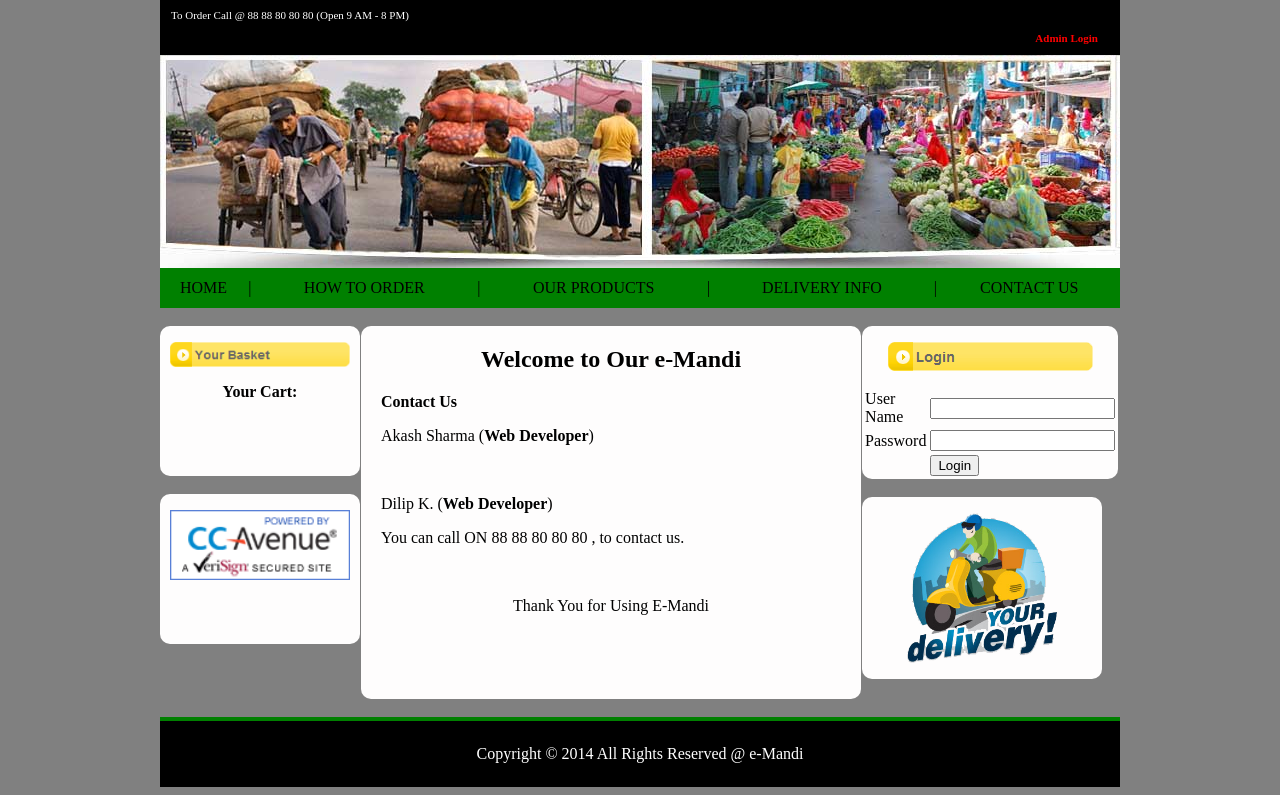
Repository: aashi12/e_mandi
Page: http://localhost/e_mandi/contactUs.jsp
An editor plug-in stored every save of this project. The page is shown before and after the next save, followed by the edit.
The browser window is 1280 px wide. The pictures show the whole page.
The page is served by Tomcat 9. Other server files are loaded and not shown.

Above is the page before, as saved 2014-04-18 12:31:51.

### e_mandi/WebContent/contactUs.jsp
<%@ page language="java" contentType="text/html; charset=ISO-8859-1"
    pageEncoding="ISO-8859-1"%>
<!DOCTYPE html PUBLIC "-//W3C//DTD HTML 4.01 Transitional//EN" "http://www.w3.org/TR/html4/loose.dtd">
<html>
<head>
<meta http-equiv="Content-Type" content="text/html; charset=ISO-8859-1">
<title>Online e-Mandi</title>
<link rel="stylesheet" href="style.css" />
</head>
<body bgcolor="gray">
<div id="container">
<div id="main">
<table border="0" width="960" height="270" cellspacing="0" cellpadding="0">
<tr>
<td height="25" bgcolor="black" class="order"><p> &nbsp;&nbsp;&nbsp;&nbsp;To Order Call @ 88 88 80 80 80 (Open 9 AM - 8 PM)</p>
<p align="right" class="admin"><b><a href="admin.jsp">Admin Login</a> &nbsp; &nbsp; &nbsp; &nbsp;</b></p>
</td>
</tr>
<tr>
<td class="bann">
<!--  banner -->
</td>
</tr>
</table>
<table border="0" width="960" height="40" cellspacing="0" cellpadding="0">
<tr bgcolor="green">
<td align="center" class="tab"><a href="index.jsp">HOME</a></td>
<td align="center" class="tab">|</td>
<td align="center" class="tab"><a href="howToOrder.jsp">HOW TO ORDER</a></td>
<td align="center" class="tab">|</td>
<td align="center" class="tab"><a href="ourProducts.jsp">OUR PRODUCTS</a></td>
<td align="center" class="tab">|</td>
<td align="center" class="tab"><a href="deliveryInfo.jsp">DELIVERY INFO</a></td>
<td align="center" class="tab">|</td>
<td align="center" class="tab"><a href="contactUs.jsp">CONTACT US</a></td>
</tr>
</table>
<br/>
<table border="0" width="960" height="auto" cellspacing="0" cellpadding="0">
<tr>
<td width="200" valign="top">
<table class="basket" width="200" height="150" cellspacing="0" cellpadding="0" bgcolor="#fefdfd">
<tr>
<td align="center" valign="top">
<p><img src="images/basket.png" width="180"/></p>
<p class="bask"><b>Your Cart:</b></p>
</td>
</tr>
</table>
&nbsp;
<table class="basket" width="200" height="150" cellspacing="0" cellpadding="0" bgcolor="#fefdfd">
<tr>
<td align="center" valign="top">
<p><img src="images/ccav.gif" width="180"/></p>
</td>
</tr>
</table>
</td>
<td width="560" align="center" valign="top">
<table class="basket" border="0" width="500" height="150" cellspacing="0" cellpadding="0" bgcolor="#fefdfd">
<tr>
<td  valign="top">
<h2 align="center">Welcome to Our e-Mandi</h2>
<div id="con1">
<p><b>Contact Us</b></p>
<p>Akash Sharma (<b>Web Developer</b>)</p>
<p>&nbsp;</p>
<p>Dilip K. (<b>Web Developer</b>)</p>
<p>You can call ON    88 88 80 80 80 , to contact us.</p>

<p>&nbsp;</p>

<center><p> Thank You for Using E-Mandi</p></center>
<p>&nbsp;</p>
<p>&nbsp;</p>
</div>
</td>
</tr>
</table>

</td>
<td width="300" valign="top">
<table border="0" class="basket" width="200" height="150" cellspacing="0" cellpadding="0" bgcolor="#fefdfd">
<tr>
<td align="center">
<p><img src="images/login.png" /></p>
<table width="240">
<tr>
<td>User Name</td>
<td><input type="text" name="uname"></td>
</tr>
<tr>
<td>Password</td>
<td><input type="password" name="pass"></td>
</tr>
<tr>
<td></td>
<td><input type="submit" value="Login"></td>
</tr>
</table>
</td>
</tr>
</table>
&nbsp;
<table border="0" class="basket" width="240" height="150" cellspacing="0" cellpadding="0" bgcolor="#fefdfd">
<tr>
<td align="center">
<p><img src="images/free.png" width="150" height="150" /></p>
</td>
</tr>
</table>
</td>
</tr>
</table>
&nbsp;
<table border="0" width="960" height="70" cellspacing="0" cellpadding="0">
<tr>
<td height="4" bgcolor="green"></td>
</tr>
<tr>
<td height="65" bgcolor="black" align="center" class="foot">
<p>Copyright &copy; 2014 All Rights Reserved @ e-Mandi</p>
</td>
</tr>
</table>
</div>
</div>
</body>
</html>

### e_mandi/WebContent/style.css
#container{margin-top:-10px;}
#main{margin: 0px auto;width:960px;}
.tab{color:#000;text-decoration:none;}
.tab a{color:#000;text-decoration:none;}
.tab a:hover{color:#fff;text-decoration:none;}
.tab12{color:#fff;text-decoration:none;}
.tab12 a{color:#fff;text-decoration:none;}
.tab12 a:hover{color:red;text-decoration:none;}
.bann{background-image: url(images/header.jpg);}
.order{color:#fff; font-size:11px;}
.free{padding-left:400px;}
.logo{padding-bottom:50px;}
.basket{border-radius:10px;}
.foot{color:#fff;}
.cat{color:#000;text-decoration:none;}
.cat a{color:red;text-decoration:none;}
.cat a:hover{color:green;text-decoration:none;}
.admin{color:red;text-decoration:none; }
.admin a{color:red; text-decoration:none;}
.admin a:hover{color:#fff;text-decoration:none; }
#con1{padding-left:20px;padding-right:20px;}
img{border:none;}
a{text-decoration:none;}
.log a{text-decoration:none;}
.section a{color:green;text-decoration:none;}
.section a:hover{color:red;text-decoration:none;}
.quick{color:green;text-decoration:underline;}
#login
{
	text-align:center;

}

After the next save:
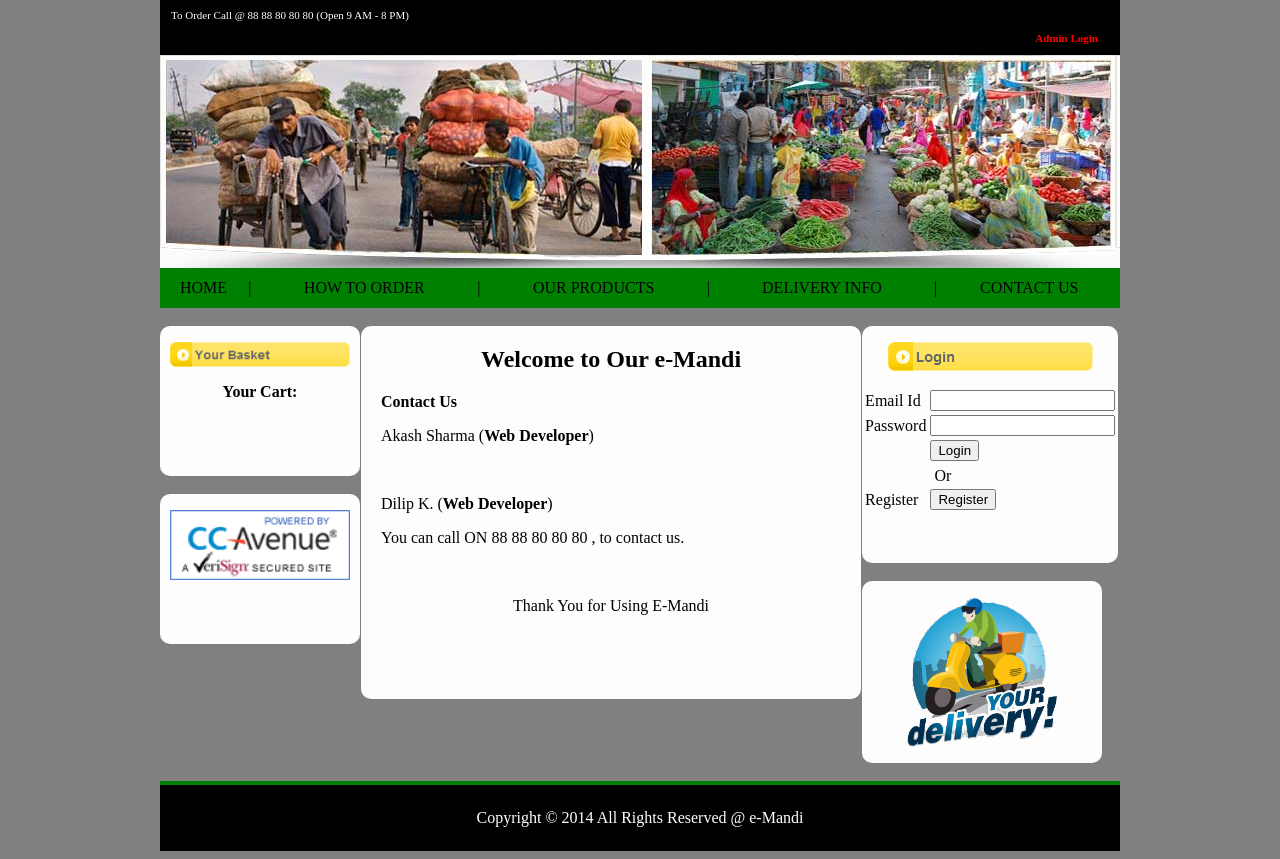
Saved 27 s later.
--- a/e_mandi/WebContent/contactUs.jsp
+++ b/e_mandi/WebContent/contactUs.jsp
@@ -84,10 +84,11 @@
 <tr>
 <td align="center">
 <p><img src="images/login.png" /></p>
+<form action="Validate" method="post">
 <table width="240">
 <tr>
-<td>User Name</td>
-<td><input type="text" name="uname"></td>
+<td>Email Id</td>
+<td><input type="text" name="email"></td>
 </tr>
 <tr>
 <td>Password</td>
@@ -96,6 +97,20 @@
 <tr>
 <td></td>
 <td><input type="submit" value="Login"></td>
+</tr>
+
+<tr>
+<tr>
+<td>&nbsp;</td>
+<td>&nbsp;Or</td>
+</tr>
+</form>
+<tr>
+<td>Register
+<p>&nbsp;</p></td>
+<td><a href="Register.jsp"><input type="button" value="Register"></a>
+<p>&nbsp;</p>
+</td>
 </tr>
 </table>
 </td>
